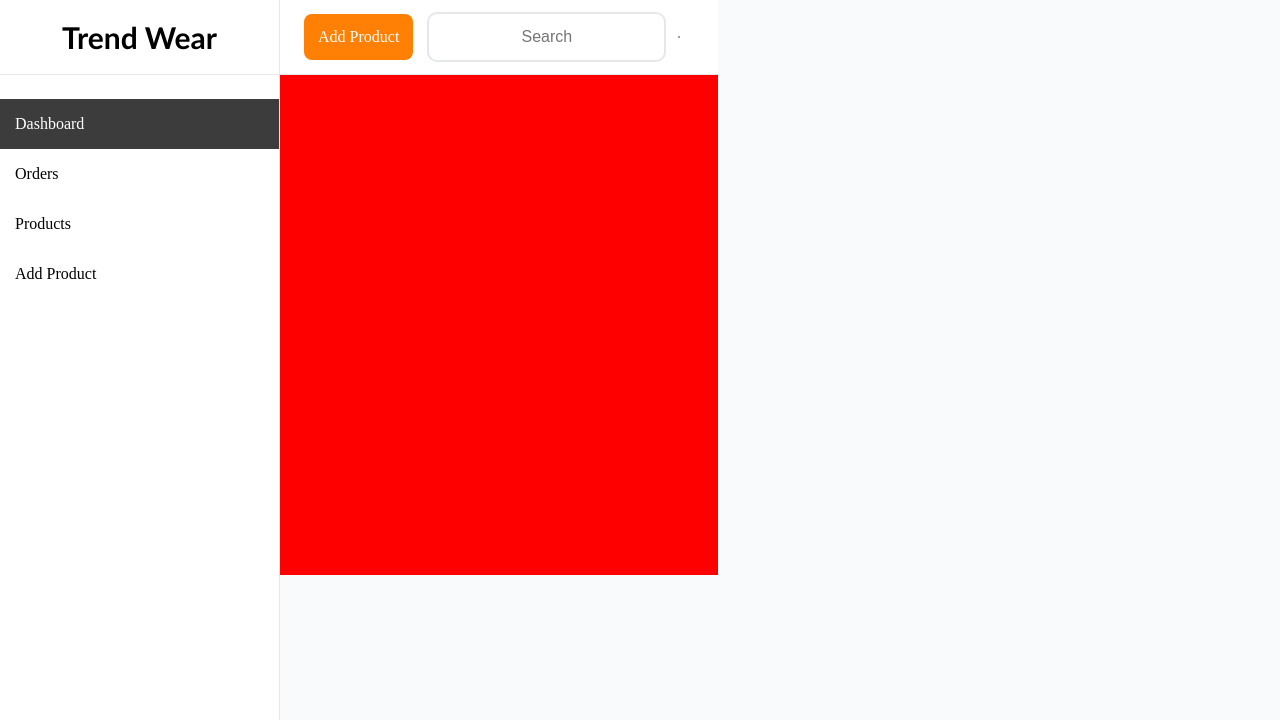
Repository: ahmad-dev7/TrendWear
Page: / (app in trend_wear_dashboard/)
The author's editor kept a copy of each file at every save. The page is drawn from the files as they stood at one save, then again after the next save.
The browser window is 1280 px wide. The pictures show the whole page.
Pictures or frames that could not be fetched are drawn as grey boxes. The project was rebuilt for these pictures with package versions that can differ from the ones it lists, and the page was loaded fresh each time. Also part of the build but not shown: trend_wear_dashboard/vite.config.ts.

Above is the page before, as saved 2025-01-19 19:47:15.

### trend_wear_dashboard/index.html
<!doctype html>
<html lang="en">

<head>
  <meta charset="UTF-8" />
  <link rel="icon" type="image/svg+xml" href="/vite.svg" />
  <meta name="viewport" content="width=device-width, initial-scale=1.0" />
  <title>Trend Wear</title>
</head>

<body>
  <div id="root"></div>
  <script type="module" src="/src/main.tsx"></script>
</body>

</html>

### trend_wear_dashboard/src/main.tsx
import { StrictMode } from "react";
import { createRoot } from "react-dom/client";
//import "bootstrap/dist/css/bootstrap.css";
import "./App.css";
import App from "./App.tsx";

createRoot(document.getElementById("root")!).render(
  <StrictMode>
    <App />
  </StrictMode>
);

### trend_wear_dashboard/src/App.css
body {
    background-color: #F9FAFB;
    padding: 0px;
    margin: 0px;

}

#parent {
    display: flex;
}

### trend_wear_dashboard/src/App.tsx
import Navbar from "./Navbar/Navbar";
import Sidebar from "./Sidebar/Sidebar";

function App() {
  return (
    <div id="parent">
      <Sidebar />
      <Navbar />
    </div>
  );
}

export default App;

### trend_wear_dashboard/src/Navbar/Navbar.tsx
import "./Navbar.css";

const Navbar = () => {
  return (
    <div>
      <div id="top-navbar">
        <div className="nav-item add-product-button">Add Product</div>
        <input className="nav-item" placeholder="Search" type="text" />
        <img
          src="/public/bell-icon.png"
          alt="Alerts icon"
          className="nav-item icon"
        />
      </div>
      <div id="content-body"></div>
    </div>
  );
};

export default Navbar;

### trend_wear_dashboard/src/Sidebar/Sidebar.tsx
import "./Sidebar.css";
import SidebarContent from "./SidebarContent";

const Sidebar = () => {
  var tabs = ["Dashboard", "Orders", "Products", "Add Product"];

  const handleSelectTab = (tab: string) => {
    console.log(tab);
  };

  return (
    <div id="sidebar">
      <div className="header">Trend Wear</div>
      <ul id="sidebar-content">
        <SidebarContent tabs={tabs} onSelectTab={handleSelectTab} />
      </ul>
    </div>
  );
};

export default Sidebar;

### trend_wear_dashboard/src/Navbar/Navbar.css
/* Navbar.css */
* {
    margin: 0;
    padding: 0;
    box-sizing: border-box;
    /* Ensures padding/borders don't affect width/height */
}

body {
    width: 100vw;
    overflow-x: hidden;
    /* Prevents horizontal scrollbars if elements overflow */
}

#top-navbar {
    display: flex;
    justify-content: space-between;
    align-items: center;
    padding: 0 24px;
    background-color: white;
    height: 75px;
    width: 100%;
    /* Ensures it spans full width */
    border-bottom: 1px solid #e5e7eb;
}

.nav-item {
    font-size: 16px;
    color: #333;
    text-align: center;
    border-radius: 8px;
    padding: 14px;
    text-decoration: none;
}

.add-product-button {
    color: white;
    background-color: #ff8005;
}

#top-navbar input {
    border: none;
    outline: 2px solid #e5e7eb;
    flex-grow: 1;
    /* Makes the input take all available space */
    margin-left: 16px;
    /* Adds spacing between input and adjacent elements */
    max-width: 400px;
    /* Optional: limit input width */
}

#top-navbar img {
    height: 30px;
    width: 30px;
    object-fit: contain;
}

#content-body {
    height: 500px;
    width: 100%;
    /* Ensures it spans full width */
    background-color: red;
}

### trend_wear_dashboard/src/Sidebar/sidebar.css
/* Sidebar body */
#sidebar {
    background-color: white;
    width: 280px;
    height: 100vh;
    border-right: 1px solid #e5e7eb;
}

/* Header with title [Trend Wear] */
#sidebar .header {
    display: flex;
    justify-content: center;
    align-items: center;
    height: 75px;
    font-size: 30px;
    font-weight: bold;
    font-family: 'Gill Sans', 'Gill Sans MT', Calibri, 'Trebuchet MS', sans-serif;
    padding: 0 24px;
    background-color: white;
    text-align: center;
    border-bottom: 1px solid #e5e7eb;
}

#sidebar-content {
    list-style-type: none;
    margin-top: 24px;
    padding: 0px;
    cursor: pointer;
}

#sidebar-content .tab {
    height: 50px;
    color: black;
    display: flex;
    align-items: center;
    justify-content: flex-start;
    padding-left: 15px;
}

#sidebar-content .active {
    background-color: #3c3c3c;
    color: white;
}

#sidebar-content .tab:hover:not(.active) {
    background-color: #eaeaea;
}

### trend_wear_dashboard/src/Sidebar/SidebarContent.tsx
import "./Sidebar.css";
import { useState } from "react";

interface Props {
  tabs: string[];
  onSelectTab: (tab: string) => void;
}

const SidebarContent = ({ tabs, onSelectTab }: Props) => {
  const [active, setTab] = useState("Dashboard");
  return (
    <>
      {tabs.map((tab) => (
        <li
          key={tab}
          className={"tab " + (tab == active && "active")}
          onClick={() => {
            setTab(tab);
            onSelectTab(tab);
          }}
        >
          {tab}
        </li>
      ))}
    </>
  );
};

export default SidebarContent;

After the next save:
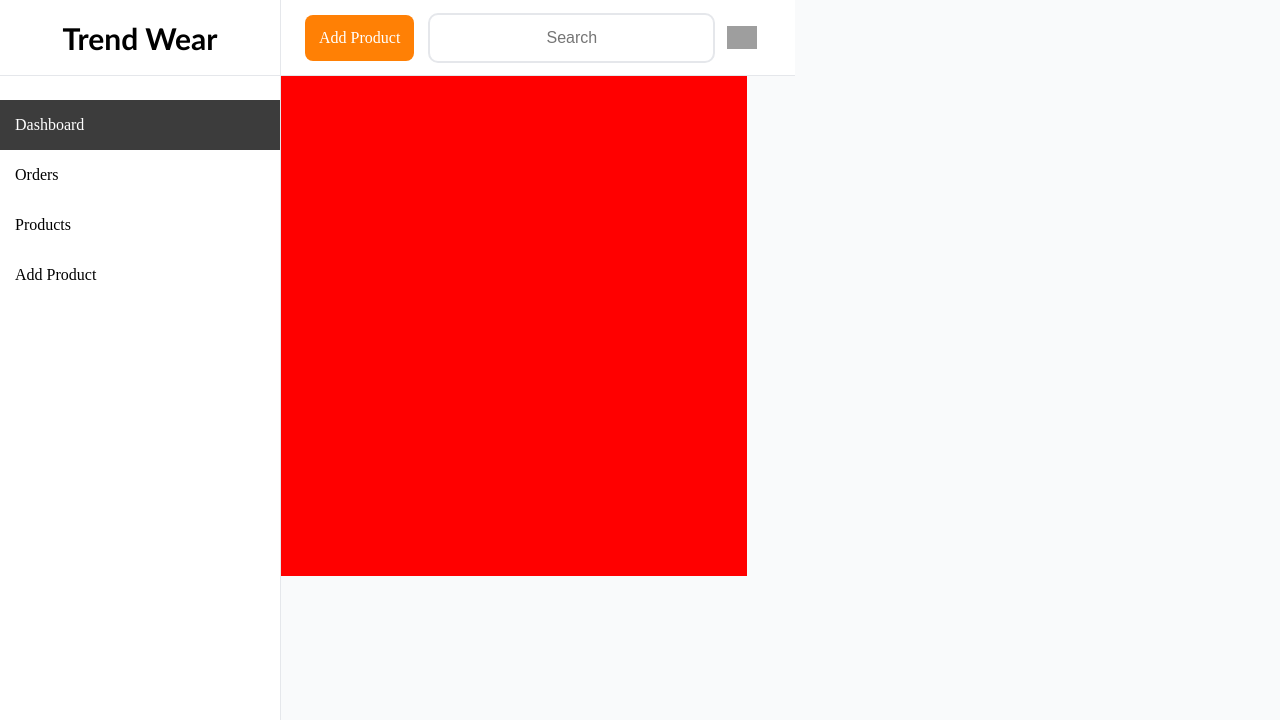
Saved 23 s later.
--- a/trend_wear_dashboard/src/Navbar/Navbar.css
+++ b/trend_wear_dashboard/src/Navbar/Navbar.css
@@ -1,17 +1,3 @@
-/* Navbar.css */
-* {
-    margin: 0;
-    padding: 0;
-    box-sizing: border-box;
-    /* Ensures padding/borders don't affect width/height */
-}
-
-body {
-    width: 100vw;
-    overflow-x: hidden;
-    /* Prevents horizontal scrollbars if elements overflow */
-}
-
 #top-navbar {
     display: flex;
     justify-content: space-between;
